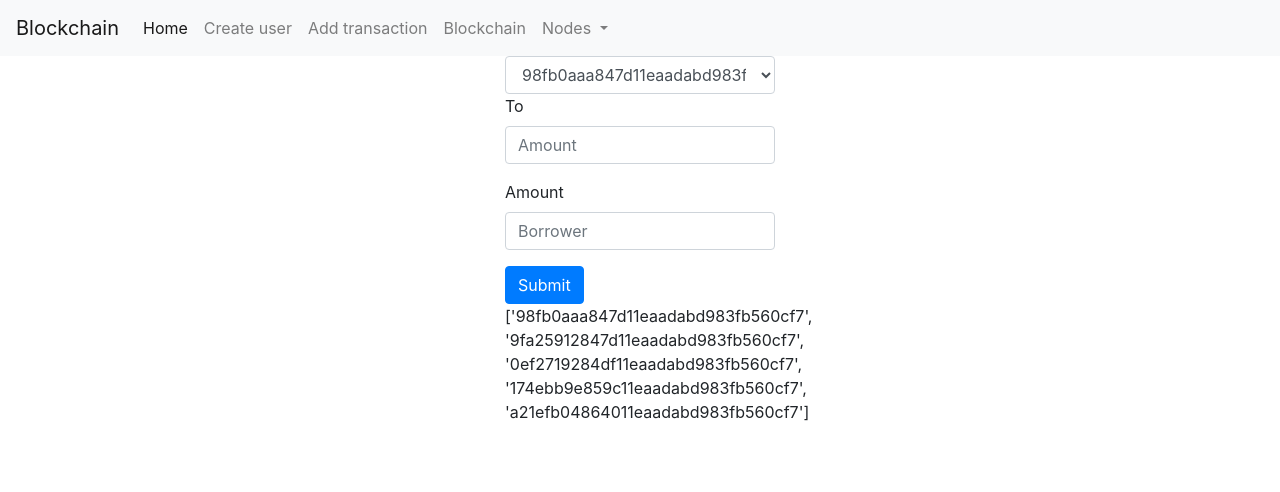
Repository: ivan151/blockchain
Page: http://localhost/transaction/
An editor plug-in stored every save of this project. The page is shown before and after the next save, followed by the edit.
The browser window is 1280 px wide. The pictures show the whole page.
The page is served by the project's application, run on Flask 3 (main.py). Other server files are loaded and not shown. The page reads the database file committed with the project.

Above is the page before, as saved 2020-04-24 12:33:54.

### templates/transactions.html
{% extends 'base.html' %}

{% block transacton %}
<div class="form-box">
    <form action-'/transaction' method="POST">
        <select class="form-control" id="exampleFormControlSelect1">


                {% for key in keys %}
                <option>{{key}}</option>
                {% endfor %}

        </select>
        <div class="form-group">
            <label for="exampleInputPassword1">To</label>
            <input type="text" class="form-control" id="to" placeholder="Amount" name="to">
        </div>
        <div class="form-group">
            <label for="exampleInputPassword1">Amount</label>
            <input type="text" class="form-control" id="amount" placeholder="Borrower" name="amount">
        </div>
        <button type="submit" class="btn btn-primary">Submit</button>

    </form>
</div>
{{confirm}}
{{keys}}
{% endblock %}

### templates/base.html
<!DOCTYPE html>
<html lang="en">
<head>
    <meta charset="UTF-8">
    <meta name="viewport" content="width=device-width, initial-scale=1.0">
    <link rel="stylesheet" href="{{ url_for('static', filename='css/bootstrap.min.css') }}">
    <link rel="stylesheet" href="{{ url_for('static', filename='css/style.css') }}">


    <title>Document</title>
</head>
<body>
    <nav class="navbar navbar-expand-lg navbar-light bg-light">
        <a class="navbar-brand" href="#">Blockchain</a>
        <button class="navbar-toggler" type="button" data-toggle="collapse" data-target="#navbarNav" aria-controls="navbarNav" aria-expanded="false" aria-label="Toggle navigation">
          <span class="navbar-toggler-icon"></span>
        </button>
        <div class="collapse navbar-collapse" id="navbarNav">
          <ul class="navbar-nav">
            <li class="nav-item active">
              <a class="nav-link" href="{{url_for('index')}}">Home <span class="sr-only">(current)</span></a>
            </li>
            <li class="nav-item">
              <a class="nav-link" href="{{url_for('create_user')}}">Create user</a>
            </li>
            <li class="nav-item">
              <a class="nav-link" href="{{url_for('transaction')}}">Add transaction</a>
            </li>

              <li class="nav-item">
                <a class="nav-link" href="{{url_for('blockchain')}}">Blockchain</a>
              </li>
              <li class="nav-item dropdown">
                <a class="nav-link dropdown-toggle" href="#" id="navbarDropdown" role="button" data-toggle="dropdown" aria-haspopup="true" aria-expanded="false">
                  Nodes
                </a>
                <div class="dropdown-menu" aria-labelledby="navbarDropdown">
                  <a class="dropdown-item" href="/nodes/1/">Node1</a>
                  <a class="dropdown-item" href="/nodes/2/">Node2</a>
                  <a class="dropdown-item" href="/nodes/3/">Node3</a>
                  <a class="dropdown-item" href="/nodes/4/">Node4</a>
                  <a class="dropdown-item" href="/nodes/5/">Node5</a>
                  <a class="dropdown-item" href="/nodes/6/">Node6</a>
                </div>
              </li>
          </ul>
        </div>
      </nav>
    <div class="container my-container">
    {% block content %}{% endblock %}
    {% block transacton %} {% endblock %}
    {% block private %} {% endblock %}
    {% block create %} {% endblock %}
    {% block blockchain %}{% endblock %}
    {% block integrity %}{% endblock %}
    {% block node %}{% endblock %}
    {% block edit %}{% endblock %}
    </div>

    <script src="https://code.jquery.com/jquery-3.3.1.slim.min.js" integrity="sha384-q8i/X+965DzO0rT7abK41JStQIAqVgRVzpbzo5smXKp4YfRvH+8abtTE1Pi6jizo" crossorigin="anonymous"></script>
    <script src="https://cdnjs.cloudflare.com/ajax/libs/popper.js/1.14.7/umd/popper.min.js" integrity="sha384-UO2eT0CpHqdSJQ6hJty5KVphtPhzWj9WO1clHTMGa3JDZwrnQq4sF86dIHNDz0W1" crossorigin="anonymous"></script>
    <script src="https://stackpath.bootstrapcdn.com/bootstrap/4.3.1/js/bootstrap.min.js" integrity="sha384-JjSmVgyd0p3pXB1rRibZUAYoIIy6OrQ6VrjIEaFf/nJGzIxFDsf4x0xIM+B07jRM" crossorigin="anonymous"></script>
</body>
</html>

### main.py
from flask import Flask
from flask import render_template, redirect, request, url_for, session
from flask_sqlalchemy import SQLAlchemy
from functions import node_dirs, write_block, write_block_to_nodes, change_block, get_hash, int_and_sort, create_key
from functions import blockchain_dir, nodes_route
import random
import uuid
import json
import os
import hashlib

app = Flask(__name__)
app.config['SQLALCHEMY_DATABASE_URI'] = 'sqlite:///mydb.db'
app.config['SECRET_KEY'] = '3d6f45a5fc12445dbac2f59c3b6c7cb1'
db = SQLAlchemy(app)

SQLALCHEMY_TRACK_MODIFICATIONS = False


class User(db.Model):
    id = db.Column(db.Integer, primary_key=True)
    name = db.Column(db.String(100), nullable=False)
    public_key = db.Column(db.String(100), nullable=False)
    private_key = db.Column(db.String(100), nullable=False)
    balance = db.Column(db.Integer)

    def __repr__(self):
        return 'User' + str(self.id)


@app.route('/', methods=['GET', 'POST'])
def index():
    if request.method == 'POST':
        name = request.form['name']
        new_user = User(name=name, public_key=create_key(),
                        private_key=create_key(), balance=100)
        db.session.add(new_user)
        db.session.commit()
        return redirect('/')
    else:
        all_users = User.query.order_by(User.id).all()
        return render_template('index.html', users=all_users)


@app.route('/create/')
def create_user():
    if request.method == 'POST':
        name = request.form['name']
        new_user = User(name=name, public_key=create_key(),
                        private_key=create_key(), balance=100)
        db.session.add(new_user)
        db.session.commit()
        return redirect('/create/')
    else:
        all_users = User.query.order_by(User.id).all()
        return render_template('create.html', users=all_users)


@app.route('/transaction/', methods=['GET', 'POST'])
def transaction():
    public_keys = [user.public_key for user in User.query.all()]
    if request.method == 'POST':
        session['sender_public_key'] = request.form['from']
        session['receiver_public_key'] = request.form['to']
        session['amount'] = request.form['amount']
        return redirect(url_for('.private'))
    elif request.method == 'GET':
        return render_template('transactions.html', keys = public_keys)


@app.route('/transaction/private/', methods=['GET', 'POST'])
def private():
    amount = session.get('amount')
    sender_public_key = session.get('sender_public_key')
    receiver_public_key = session.get('receiver_public_key')
    sender = User.query.filter_by(public_key=sender_public_key).first()
    #receiver = User.query.filter_by(public_key=receiver_public_key).first()
    if request.method == 'GET':
        return render_template('private.html', amount=amount,
        from_whom=sender_public_key, to_whom=receiver_public_key,
        sender_private_key=sender.private_key)
    elif request.method == 'POST':
        input_private_key = request.form['private']
        nodes_numbers = []
        for i in range(1, 7):
            nodes_numbers.append(request.form.get(f'node{i}'))
        if input_private_key == sender.private_key:
            if nodes_numbers.count(None) < 3:
                block_data = write_block(from_who=sender_public_key,
                            to_whom=receiver_public_key, amount=amount)
                write_block_to_nodes(from_who=sender_public_key,
                            to_whom=receiver_public_key, amount=amount)
                return render_template('private.html', block = block_data, confirmation='Transaction added to the blockchain!')
            else:
                return render_template('private.html', deny = "Not enough nodes to change the blockchain!")
        else:
            wrong = 'The Private Key is incorrect'
            return render_template('private.html', wrong=wrong)


@app.route('/blockchain/', methods=['GET'])
def blockchain():
    blocks_dict = {}
    files = int_and_sort(os.listdir(blockchain_dir))
    for filename in reversed(files[1:]):
        block = json.load(open(blockchain_dir + str(filename), 'rb'))
        blocks_dict[filename] = block
    return render_template('blockchain.html', blocks=blocks_dict)


@app.route('/integrity/', methods=['GET'])
def check_integrity():
    # get hash of the previous block
    # again count its hash
    # compare results
    blocks_dict = {}
    results = []
    files = int_and_sort(os.listdir(blockchain_dir))
    for filename in reversed(files[1:]):
        block = json.load(open(blockchain_dir + str(filename), 'rb'))
        blocks_dict[filename] = block
        file_hash = block['hash']
        prev_file = str(filename - 1)
        actual_hash = get_hash(prev_file)
        if file_hash == actual_hash:
            result = 'ok'
        else:
            result = 'corrupted'
        results.append({prev_file: result})
    return render_template('integrity.html', results=results)


@app.route('/blockchain/edit/<int:num>', methods=['GET', 'POST'])
def edit(num):
    block_number = num
    files = int_and_sort(os.listdir(blockchain_dir))
    last_file = files[-1]
    blockchain_filename = blockchain_dir + str(num)
    block = json.load(open( blockchain_filename, 'rb'))
    if request.method == 'GET':
        return render_template('edit.html', block=block, number=num, last_file=last_file)
    else:
        nodes_numbers = []
        for i in range(1, 7):
            nodes_numbers.append(request.form.get(f'node{i}'))
        if nodes_numbers.count(None) < 3:
            from_who = request.form['from']
            to_whom = request.form['to']
            amount = request.form['amount']
            new_hash = request.form['hash']
            change_block(block_number, from_who,  to_whom, amount, new_hash)
            return render_template('edit.html', edited='BLOCK IS CHANGED!', number=num, block=block,last_file = last_file)
        else:
            return render_template('edit.html', deny='YOU CANT CHANGE THIS BLOG WITHOUT ACCESS TO ENOUGH NUMBER OF NODES!', number=num, block=block,last_file = last_file)


@app.route('/nodes/<int:i>/')
def node(i):
    n = i
    if n in range(1, len(node_dirs())+1):
        node = nodes_route + str(n) + '/'
        files = int_and_sort(os.listdir(node))
        blocks_dict = {}
        for filename in reversed(files[1:]):
            block = json.load(open(node + str(filename), 'rb'))
            blocks_dict[filename] = block
        return render_template('node.html', blocks=blocks_dict, number=n)





if __name__ == "__main__":
    app.run(debug=True)

### static/css/style.css
.my-container {
  width: 300px;
}

### mydb.db (the tables this page reads, as SQL)
CREATE TABLE user (
	id INTEGER NOT NULL, 
	name VARCHAR(100) NOT NULL, 
	public_key VARCHAR(100) NOT NULL, 
	private_key VARCHAR(100) NOT NULL, 
	balance INTEGER, 
	PRIMARY KEY (id)
);
INSERT INTO "user" VALUES
(1, 'Orange', '98fb0aaa847d11eaadabd983fb560cf7', '98fb0aab847d11eaadabd983fb560cf7', -7190001206),
(2, 'Иван', '9fa25912847d11eaadabd983fb560cf7', '9fa25913847d11eaadabd983fb560cf7', 523334422),
(3, 'Иван', '0ef2719284df11eaadabd983fb560cf7', '0ef2719384df11eaadabd983fb560cf7', 26),
(4, 'Evgeny', '174ebb9e859c11eaadabd983fb560cf7', '174ebb9f859c11eaadabd983fb560cf7', 6666667158),
(5, 'Petr', 'a21efb04864011eaadabd983fb560cf7', 'a21efb05864011eaadabd983fb560cf7', 100);

Loaded but not shown: static/css/bootstrap.min.css (library)

After the next save:
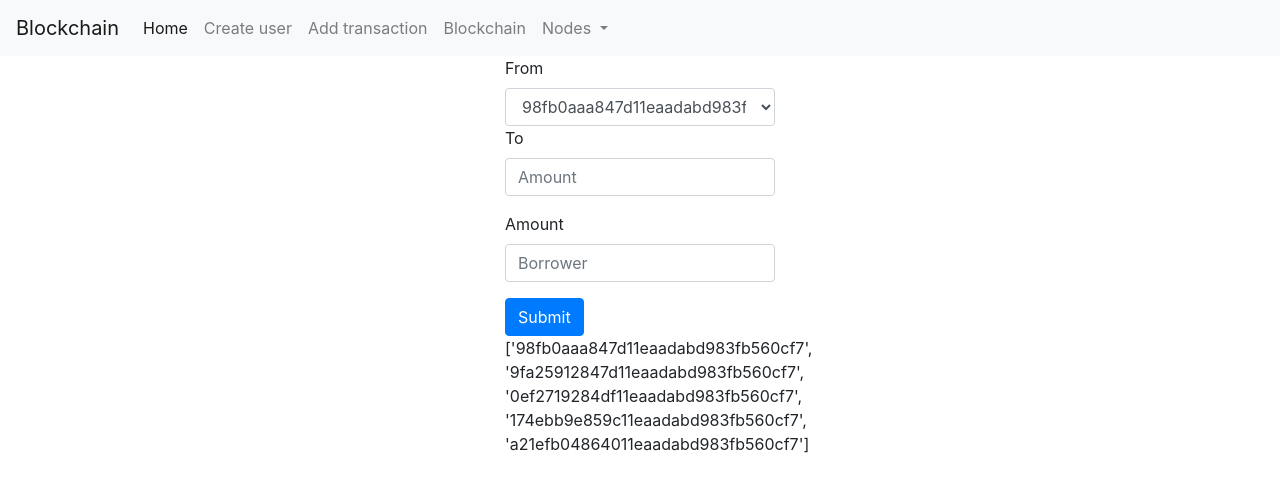
Saved 44 s later.
--- a/templates/transactions.html
+++ b/templates/transactions.html
@@ -3,6 +3,7 @@
 {% block transacton %}
 <div class="form-box">
     <form action-'/transaction' method="POST">
+        <label for="exampleInputPassword1">From</label>
         <select class="form-control" id="exampleFormControlSelect1">
 
 
